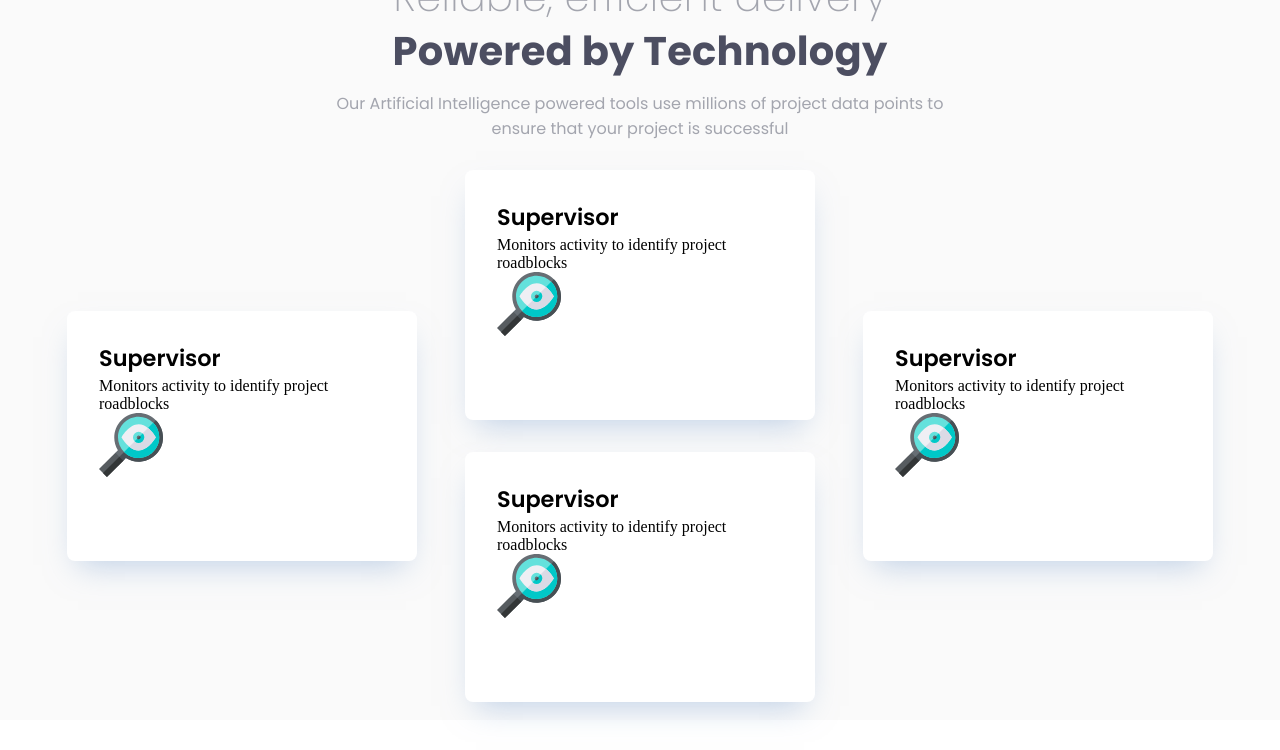
Repository: brandontaylor1/four-card-feature
Page: index.html
The author's editor kept a copy of each file at every save. The page is drawn from the files as they stood at one save, then again after the next save.
The browser window is 1280 px wide. The pictures show the whole page.

Above is the page before, as saved 2025-01-09 23:17:43.

### index.html
<!DOCTYPE html>
<html lang="en">
<head>
    <meta charset="UTF-8">
    <meta name="viewport" content="width=device-width, initial-scale=1.0">
    <link rel="preconnect" href="https://fonts.googleapis.com">
    <link rel="preconnect" href="https://fonts.gstatic.com" crossorigin>
    <link href="https://fonts.googleapis.com/css2?family=Poppins:ital,wght@0,100;0,200;0,300;0,400;0,500;0,600;0,700;0,800;0,900;1,100;1,200;1,300;1,400;1,500;1,600;1,700;1,800;1,900&display=swap" rel="stylesheet">
    <link rel="stylesheet" href="styles.css">
    <title>Four Card Feature</title>
</head>
<body>
    <main class="container">
        <section class="page-content">
            <h1>Reliable, efficient delivery</h1>
            <h2>Powered by Technology</h2>
            <p>Our Artificial Intelligence powered tools use millions of project data points to ensure that your project is successful</p>
        </section>
        <section class="column-container">
            <div class="card-column">
                <div class="card">
                    <h3>Supervisor</h3>
                    <p>Monitors activity to identify project roadblocks</p>
                    <img src="./assets/images/icon-supervisor.svg" alt="Supervisor Icon">
                </div>
            </div>

            <div class="card-column">
                <div class="card">
                    <h3>Supervisor</h3>
                    <p>Monitors activity to identify project roadblocks</p>
                    <img src="./assets/images/icon-supervisor.svg" alt="Supervisor Icon">
                </div>
                <div class="card">
                    <h3>Supervisor</h3>
                    <p>Monitors activity to identify project roadblocks</p>
                    <img src="./assets/images/icon-supervisor.svg" alt="Supervisor Icon">
                </div>
            </div>

            <div class="card-column">
                <div class="card">
                    <h3>Supervisor</h3>
                    <p>Monitors activity to identify project roadblocks</p>
                    <img src="./assets/images/icon-supervisor.svg" alt="Supervisor Icon">
                </div>
            </div>
        </section>
    </main>

</body>
</html>

### styles.css
* {
    margin: 0;
    padding: 0;
    box-sizing: border-box;
}

:root {
    --primary-red: hsl(0, 78%, 62%);
    --primary-cyan: hsl(180, 62%, 55%);
    --primary-orange: hsl(34, 97%, 64%);
    --primary-blue: hsl(212, 86%, 64%);

    --secondary-dark-blue: hsl(234, 12%, 34%);
    --secondary-grayish-blue: hsl(229, 6%, 66%);
    --secondary-light-gray: hsl(0, 0%, 98%);
}

.container {
    height: 100vh;
    display: flex;
    align-items: center;
    justify-content: center;
    flex-direction: column;
    background-color: #FAFAFA;
}

.page-content {
    display: flex;
    flex-direction: column;
    align-items: center;
    justify-content: space-between;
    height: 150px;
    width: 650px;
    margin-bottom: 50px;
}

.page-content h1 {
    font-size: 2.5rem;
    font-family: "Poppins", sans-serif;
    font-weight: 200;
    line-height: 54px;
    letter-spacing: .25px;
    color: var(--secondary-grayish-blue);
}

.page-content h2 {
    font-size: 2.5rem;
    font-family: "Poppins", sans-serif;
    font-weight: 700;
    line-height: 54px;
    letter-spacing: .25px;
    color: var(--secondary-dark-blue);
    margin-bottom: 13px;
}

.page-content p {
    font-size: 1rem;
    font-family: "Poppins", sans-serif;
    font-weight: 400;
    line-height: 25px;
    text-align: center;
    color: var(--secondary-grayish-blue);

}

.column-container {
    display: grid;
    justify-content: center;
    align-items: center;
    grid-template-columns: repeat(3, 1fr);
    grid-template-rows: repeat(2, auto);
    gap: 3rem;
}

.card:nth-child(2) {
    margin-top: 2rem;
}

.card {
    width: 350px;
    height: 250px;
    border-radius: 0.5rem;
    padding: 2rem;
    background: #FFF;
    box-shadow: 0px 15px 30px -11px rgba(131, 166, 210, 0.50);
}

.card h3 {
    font-size: 1.4rem;
    font-family: "Poppins", sans-serif;
    font-weight: 600;
    line-height: 30px;
    margin-bottom: 4px;
}

After the next save:
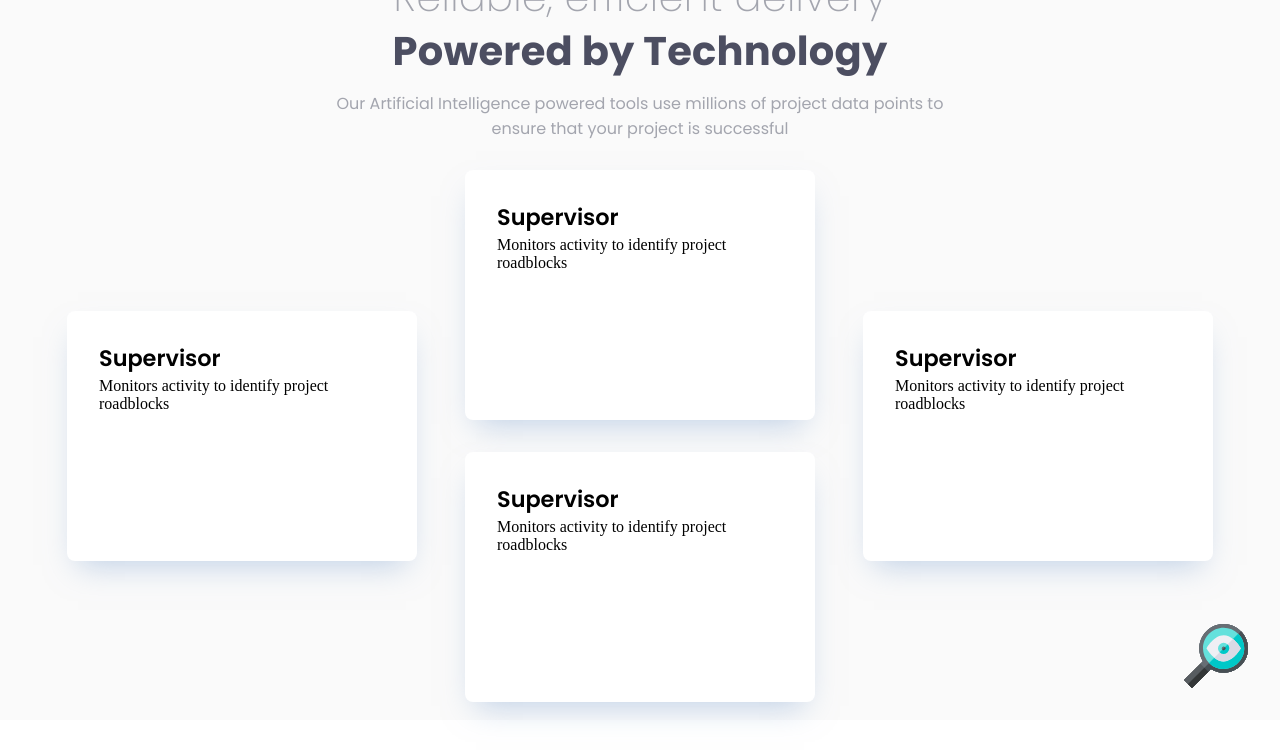
Saved 94 s later.
--- a/styles.css
+++ b/styles.css
@@ -92,3 +92,11 @@
     line-height: 30px;
     margin-bottom: 4px;
 }
+
+.card img {
+    width: 64px;
+    height: 64px;
+    position: absolute;
+    bottom: 2rem;
+    right: 2rem;
+}
